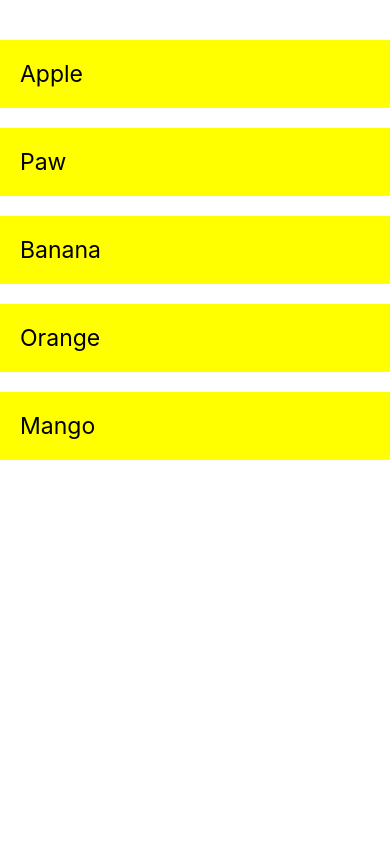
Repository: akinmiday/ReactNativeApp
Screen: /
An editor plug-in stored every save of this project. The screen is shown before and after the next save, followed by the edit.
The app was drawn by React Native's web renderer in a window 390 px wide. The project was rebuilt for these pictures with package versions that can differ from the ones it lists, and the page was loaded fresh each time. Some packages were replaced by stand-ins written for this rebuild.

Above is the screen before, as saved 2023-08-03 08:04:33.

### App.js
import { StatusBar } from "expo-status-bar";
import { useState } from "react";
import { StyleSheet, View, Text } from "react-native";

export default function App() {
  const [fruit, setFruit] = useState([
    { name: "Apple", key: "1" },
    { name: "Paw", key: "2" },
    { name: "Banana", key: "3" },
    { name: "Orange", key: "4" },
    { name: "Mango", key: "5" },
  ]);
  return (
    <View style={styles.container}>
      {fruit.map((fruits) => {
        return (
          <View key={fruits.key}>
            <Text style={styles.fruits}>{fruits.name}</Text>
          </View>
        );
      })}
    </View>
  );
}

const styles = StyleSheet.create({
  container: {
    flex: 1,
    backgroundColor: "#fff",
    marginTop: 20,
  },
  fruits: {
    fontSize: 23,
    backgroundColor: "yellow",
    marginTop: 20,
    padding: 20,
  },
});

After the next save:
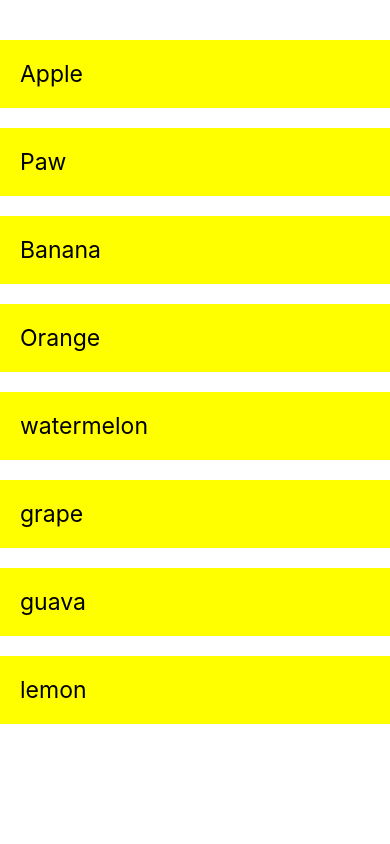
Saved 2 min 24 s later.
--- a/App.js
+++ b/App.js
@@ -8,7 +8,10 @@ export default function App() {
     { name: "Paw", key: "2" },
     { name: "Banana", key: "3" },
     { name: "Orange", key: "4" },
-    { name: "Mango", key: "5" },
+    { name: "watermelon", key: "5" },
+    { name: "grape", key: "6" },
+    { name: "guava", key: "7" },
+    { name: "lemon", key: "8" },
   ]);
   return (
     <View style={styles.container}>
